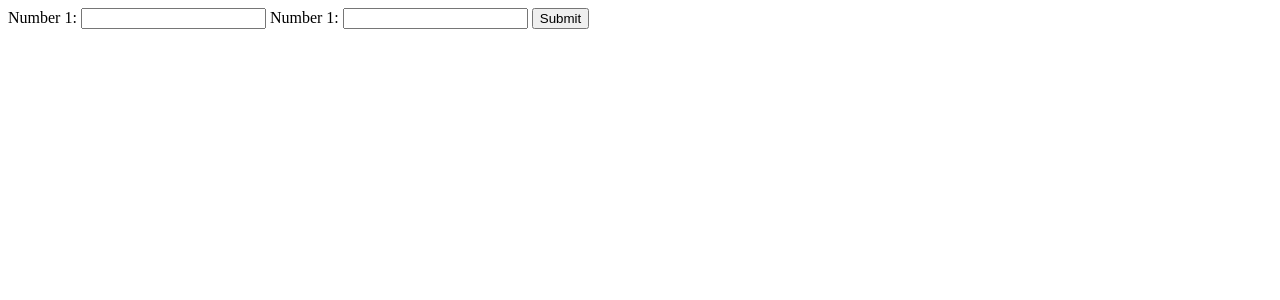
Repository: amitshinde1911/TD-Java-Training
Page: JDBC,Servlet and JSP/ServletBasics/src/main/webapp/Numbers.html
The author's editor kept a copy of each file at every save. The page is drawn from the files as they stood at one save, then again after the next save.
The browser window is 1280 px wide. The pictures show the whole page.

Above is the page before, as saved 2024-12-02 14:02:28.

### JDBC,Servlet and JSP/ServletBasics/src/main/webapp/Numbers.html
<!DOCTYPE html>
<html>
<head>
<meta charset="UTF-8">
<title>Addition</title>
</head>
<body>
<form>
Number 1: <input type= "text" name="number1">
Number 1: <input type= "text" name="number1">
<input type="submit" name="submit">
</form>

</body>
</html>

After the next save:
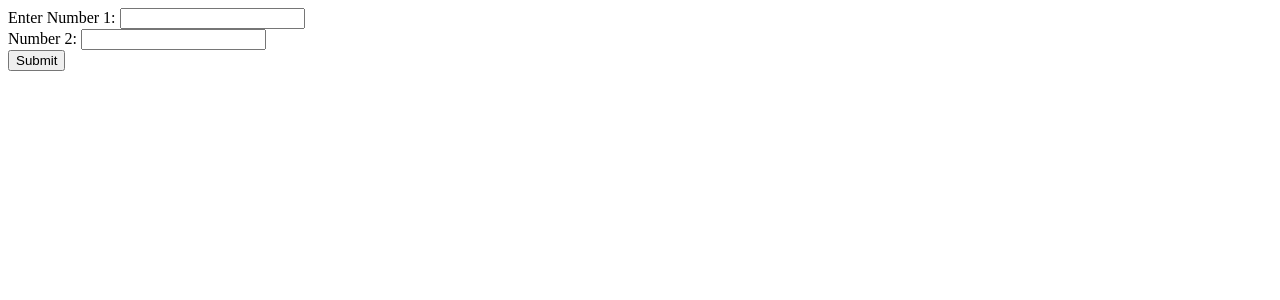
Saved 3 min 12 s later.
--- a/JDBC,Servlet and JSP/ServletBasics/src/main/webapp/Numbers.html
+++ b/JDBC,Servlet and JSP/ServletBasics/src/main/webapp/Numbers.html
@@ -6,8 +6,8 @@
 </head>
 <body>
 <form>
-Number 1: <input type= "text" name="number1">
-Number 1: <input type= "text" name="number1">
+Enter Number 1: <input type= "text" name="number1"></br>
+Number 2: <input type= "text" name="number2"></br>
 <input type="submit" name="submit">
 </form>
 
